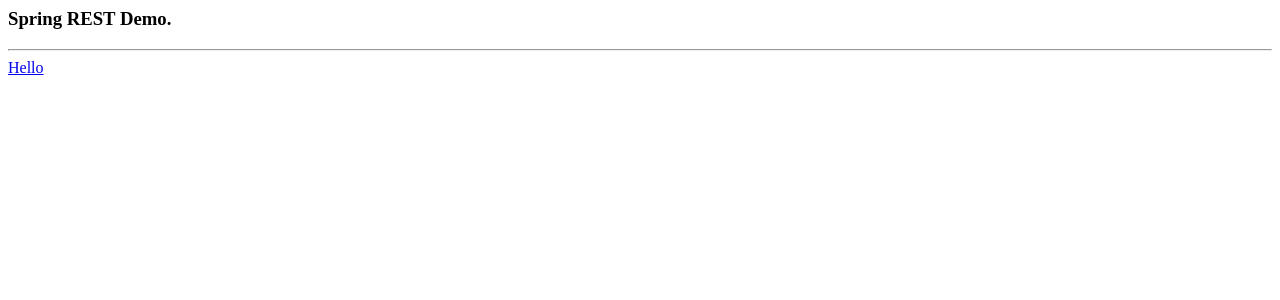
Repository: benjamin-johnston/SpringUdemyCourse
Page: http://localhost/spring-rest-demo/
These files come from the project's save history. The page is drawn as it stood at one moment and after the next save; the edit follows.
The browser window is 1280 px wide. The pictures show the whole page.
The page is served by Tomcat 9.

Above is the page before, as saved 2022-03-05 13:51:35.

After the next save:
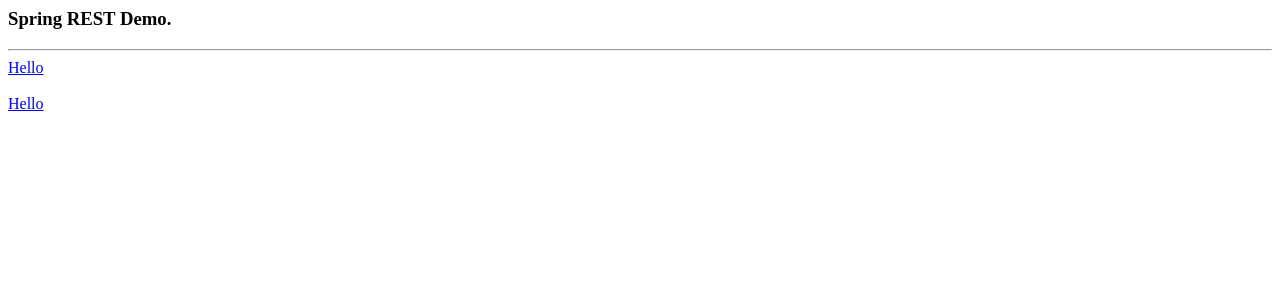
Saved 7 min 53 s later.
--- a/spring-rest-demo/src/main/webapp/index.jsp
+++ b/spring-rest-demo/src/main/webapp/index.jsp
@@ -6,6 +6,9 @@
 <hr>
 
 <a href="test/hello">Hello</a>
+<br><br>
+<a href="api/students">Hello</a>
+
 
 </body>
 </html>
